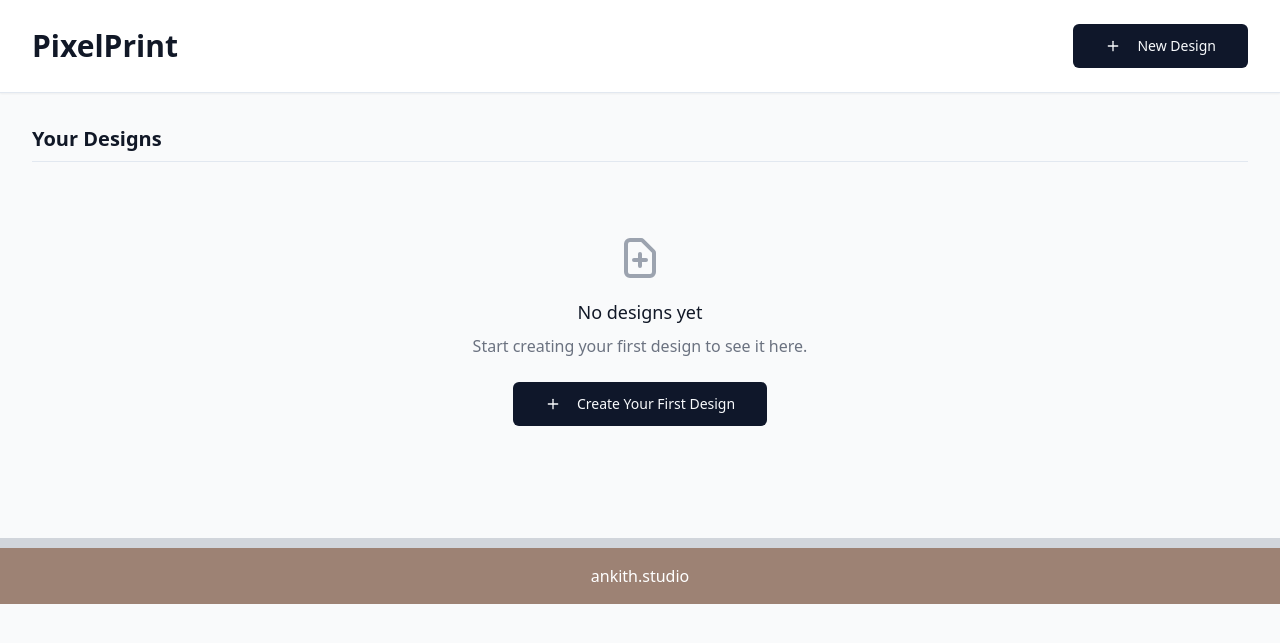
Repository: notankith/pixelprintv3
Page: /
An editor plug-in stored every save of this project. The page is shown before and after the next save, followed by the edit.
The browser window is 1280 px wide. The pictures show the whole page.
The page's requests for data from a server got no answer. The project was rebuilt for these pictures with package versions that can differ from the ones it lists, and the page was loaded fresh each time. No one was signed in, and anything a server would have sent is missing. Also part of the build but not shown: vite.config.ts, src/components/ui/tooltip.tsx, src/components/ui/badge.tsx, src/components/canvas/CanvasEditor.tsx, src/components/ui/input.tsx, src/components/ui/label.tsx, src/components/ui/select.tsx, src/components/ui/checkbox.tsx and 5 more.

Above is the page before, as saved 2025-09-06 14:37:54.

After the next save:
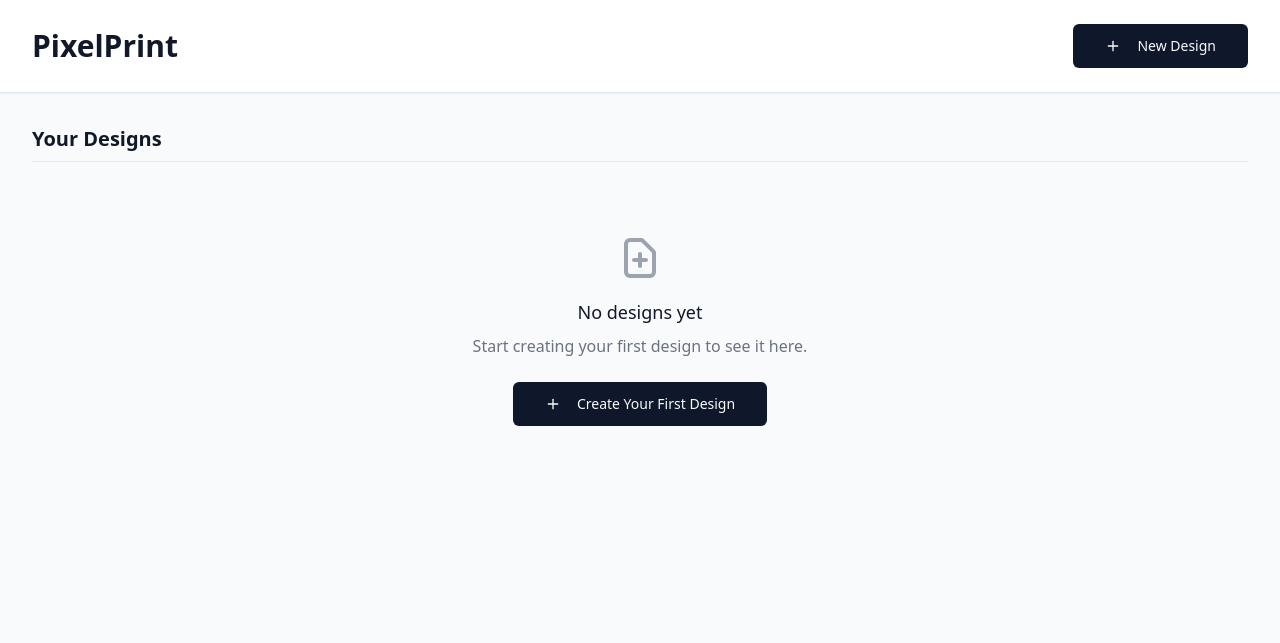
Saved 5 s later.
--- a/src/components/Dashboard.tsx
+++ b/src/components/Dashboard.tsx
@@ -312,13 +312,6 @@ export const Dashboard: React.FC<DashboardProps> = ({ onNavigateToEditor }) => {
           </div>
         )}
       </div>
-      {/* Footer separator and credits at the extreme bottom */}
-      <div className="w-full h-2 bg-gray-300 mt-8" />
-      <footer className="w-full text-center py-4 mt-0 border-t-2 border-gray-300" style={{ backgroundColor: '#9d8274' }}>
-        <a href="https://ankith.studio" target="_blank" rel="noopener noreferrer" className="text-white font-medium hover:underline">
-          ankith.studio
-        </a>
-      </footer>
     </div>
   );
 };
